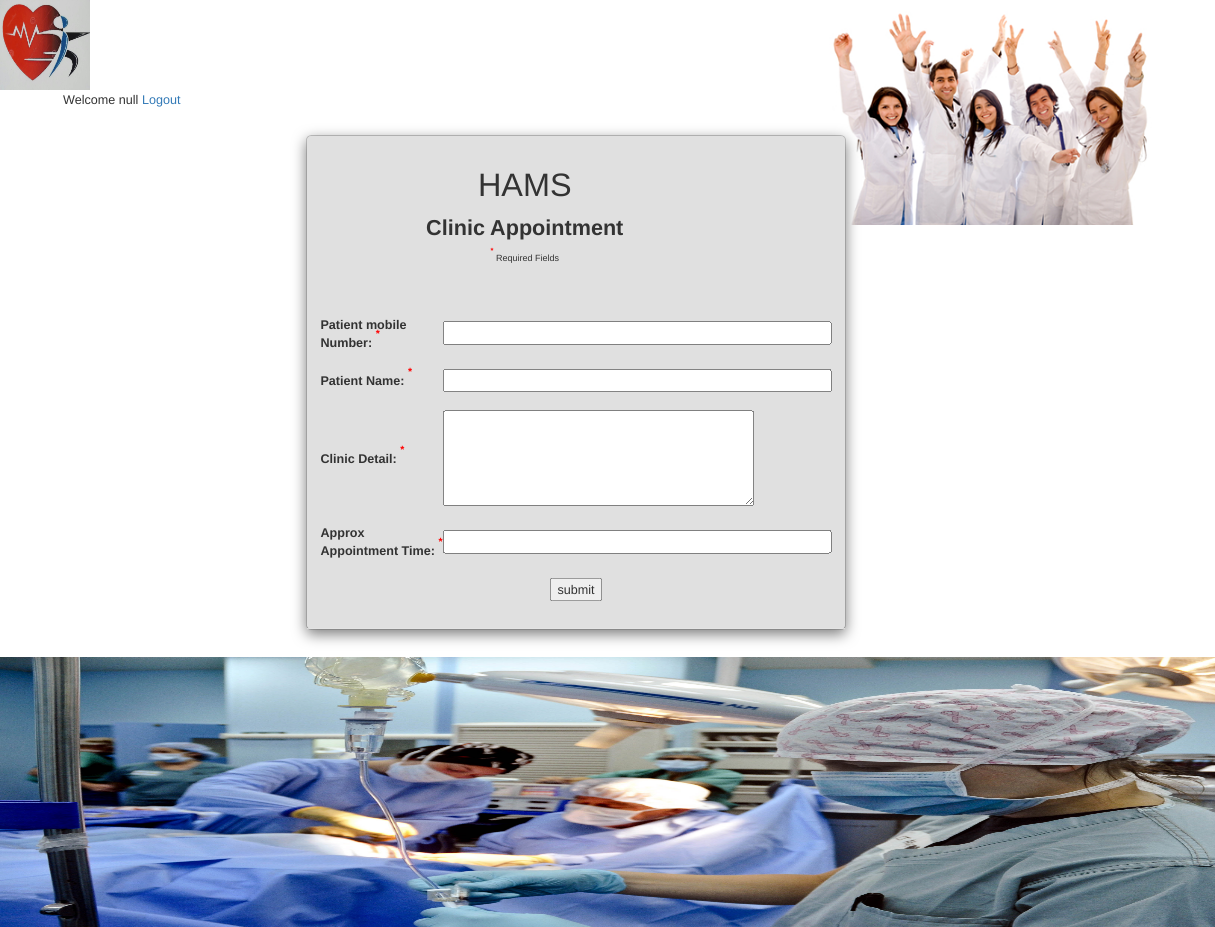
Repository: shiveshk/PullData
Page: http://localhost/Hams/appointment.jsp
These files come from the project's save history. The page is drawn as it stood at one moment and after the next save; the edit follows.
The browser window is 1280 px wide. The page is 1350 px wide, so the pictures cover 1350 px, including what lies to the right of the window. The pictures show the whole page, at 90% of full size.
The page is served by Tomcat 9. Nobody is signed in. The application's start-up code is not run.

Above is the page before, as saved 2015-11-09 12:03:25.
Console error (its wording comes from the project's code and is left out).

After the next save:
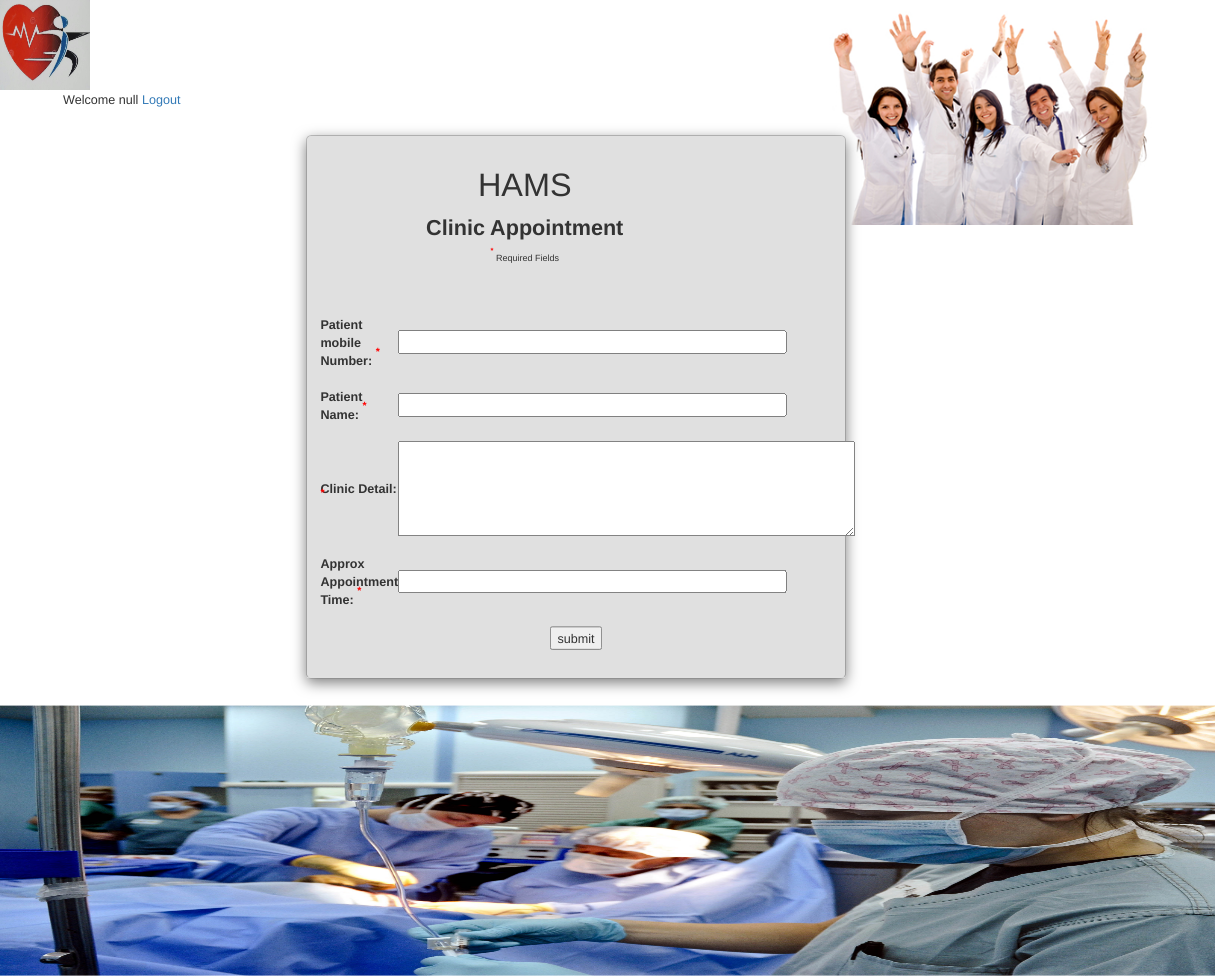
Saved 7 s later.
--- a/Hams/WebContent/appointment.jsp
+++ b/Hams/WebContent/appointment.jsp
@@ -61,7 +61,7 @@
 
 	 <tr class="row3">
 	 	<td><b>Clinic Detail: <sup>*</sup></b> </td>
-	 	<td><textarea  id="clinic_detail" name="clinic_detail" cols="40" rows="5" ... ></textarea></td>
+	 	<td><textarea  id="clinic_detail" name="clinic_detail" cols="60" rows="5" ... ></textarea></td>
 
 	 </tr>
 

After the save that followed:
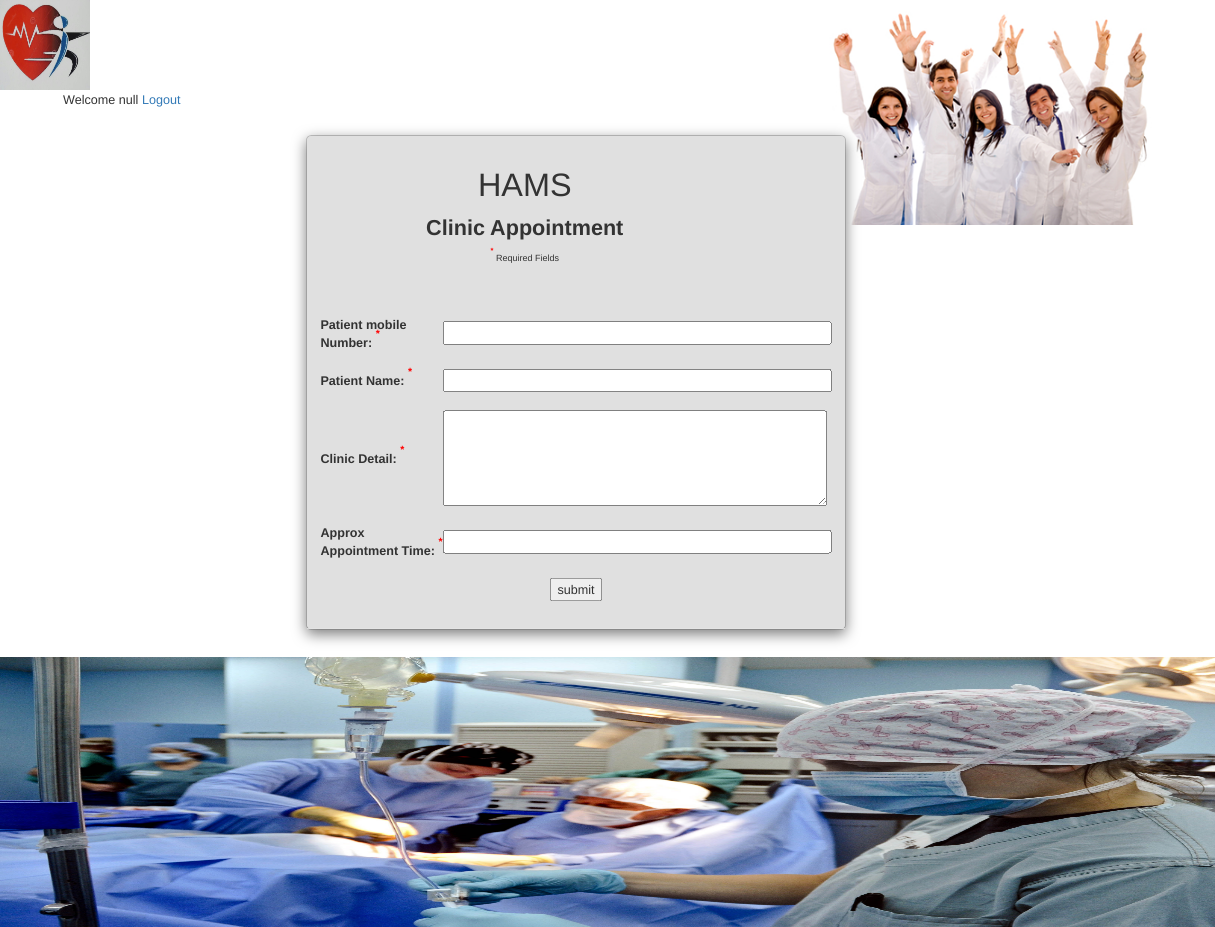
Saved 15 s later.
--- a/Hams/WebContent/appointment.jsp
+++ b/Hams/WebContent/appointment.jsp
@@ -61,7 +61,7 @@
 
 	 <tr class="row3">
 	 	<td><b>Clinic Detail: <sup>*</sup></b> </td>
-	 	<td><textarea  id="clinic_detail" name="clinic_detail" cols="60" rows="5" ... ></textarea></td>
+	 	<td><textarea  id="clinic_detail" name="clinic_detail" cols="50" rows="5" ... ></textarea></td>
 
 	 </tr>
 
